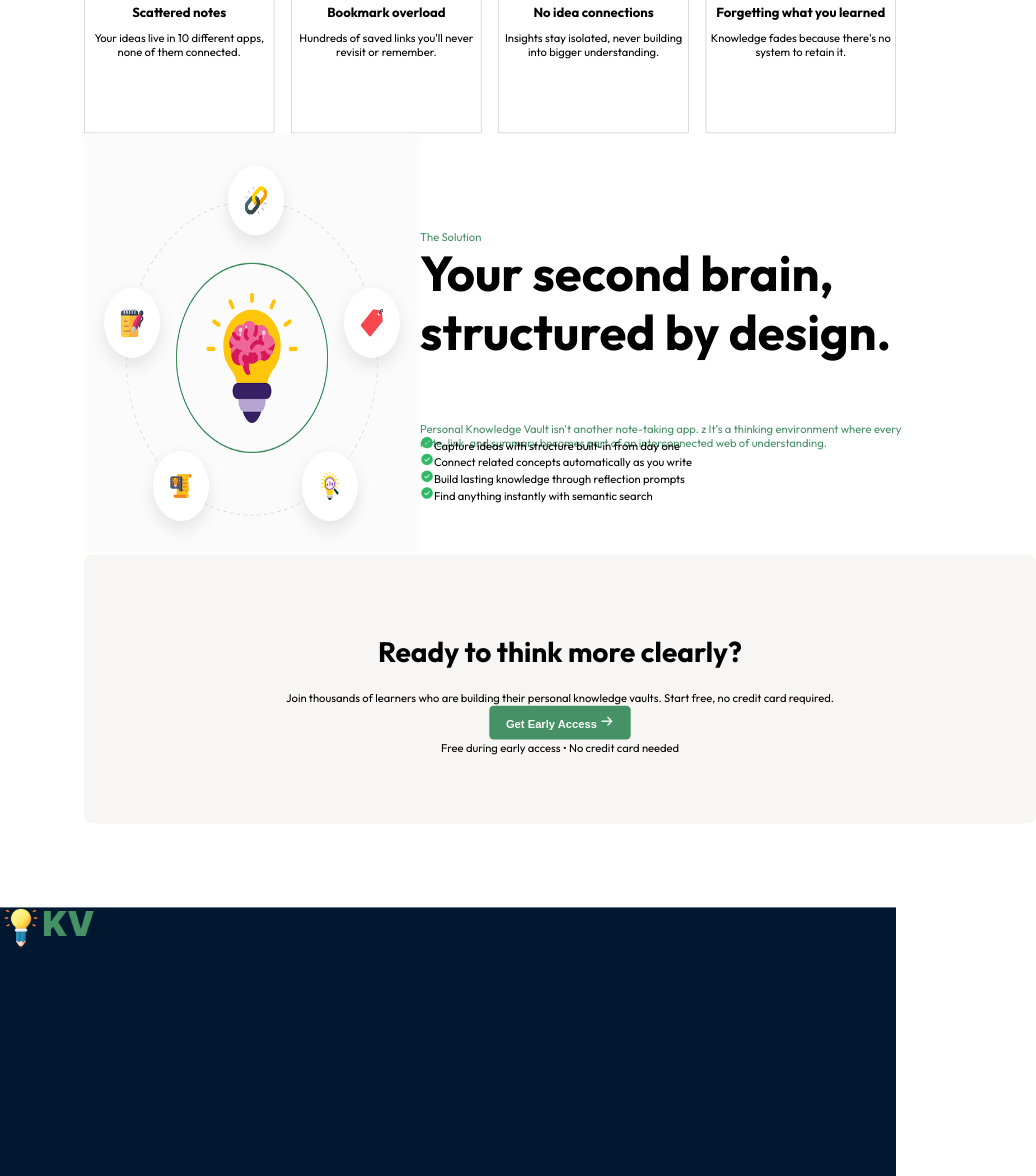
Repository: tanimtanzilislam/Assignment1-PH
Page: index.html
These files come from the project's save history. The page is drawn as it stood at one moment and after the next save; the edit follows.
The browser window is 1280 px wide. The page is 1480 px wide, so the pictures cover 1480 px, including what lies to the right of the window. The pictures show the part of the page from y = 926 to 2606 px (the page is 2606 px tall before and 2286 px after), at 70% of full size.

Above is the page before, as saved 2026-01-20 02:22:02.

### index.html
<!DOCTYPE html>
<html lang="en">
<head>
    <meta charset="UTF-8">
    <meta name="viewport" content="width=device-width, initial-scale=1.0">
    <title>Assignment 1</title>

    <link rel="stylesheet" href="./style.css">


    <link rel="preconnect" href="https://fonts.googleapis.com">
    <link rel="preconnect" href="https://fonts.gstatic.com" crossorigin>
    <link href="https://fonts.googleapis.com/css2?family=Outfit:wght@100..900&display=swap" rel="stylesheet">
    <link rel="stylesheet" href="https://cdnjs.cloudflare.com/ajax/libs/font-awesome/6.5.1/css/all.min.css">


</head>

<body class="font-inter">

<header>

    <nav class="navbar">
        <div class="logo-navbar">
            <img src="./assets/logo-navbar.png" alt="Logo">
        </div>

        <ul class="nav-list">
            <li><a href="#">Features</a></li>
            <li><a href="#">How It Works</a></li>
            <li><a href="#">Why It's Different</a></li>
            <li><button class="nav-button">Get Early Access</button></li>
        </ul>
    </nav>


    <section id="banner">
        <img src="./assets/hero-bg.png" alt="Background" class="bg-img">

        <div class="banner-content">
            <h1>Structured thinking,</h1>
            <h1 class="banner-content-col">not just note-taking</h1>
            <p>A private space to store notes, links, and learning summaries — designed to
help you think clearly, connect ideas, and turn learning into long-term knowledge.</p>

<div class="button-group">
<button class="banner-btn">
    <span class="txtbtn">Start your building Vault</span>
    <img src="./assets/ArrowRight.png" alt="" class="arrow">
</button>


<button class="transparent-button">See How It Work</button>

</div>

</div>
    </section>
</header>


<div class="poster">
    <h1>Notes don't fail, Structure does.</h1>
  <div><p>You're not bad at learning. Your tools just weren't built for how knowledge actually works.</p></div>
</div>







<div class="card-container">
    <div class="card">
        <div class="ellipse-shape">
            <img src="./assets/Vector.png" alt="" class="icon-img">
        </div>
        <h3>Scattered notes</h3>
        <p>Your ideas live in 10 different apps, none of them connected.</p>
    </div>

    <div class="card">
        <div class="ellipse-shape">
             <img src="./assets/Bookmarks.png" alt="" class="icon-img">
        </div>
        <h3>Bookmark overload</h3>
        <p>Hundreds of saved links you'll never revisit or remember.</p>
    </div>

    <div class="card">
        <div class="ellipse-shape">
           <img src="./assets/Brain.png" alt="" class="icon-img">
        </div>
        <h3>No idea connections</h3>
        <p>Insights stay isolated, never building into bigger understanding.</p>
    </div>

     <div class="card">
        <div class="ellipse-shape">
             <img src="./assets/Info.png" alt="" class="icon-img">
        </div>
        <h3>Forgetting what
you learned</h3>
        <p>Knowledge fades because there's no system to retain it.</p>
    </div>
</div>


<div class="App">

<img src="./assets/knowledge.png" alt="" class="App-img">
<div class="content">
<div class="soln">
    <p >The Solution</p>
    <h1>Your second brain,
structured by design.</h1>
<p class="para">Personal Knowledge Vault isn't another note-taking app. z It's a thinking environment where every note, link, and summary becomes part of an interconnected web of understanding.</p>
</div>
<div class="list">


        <p> <img src="./assets/CheckCircle.png" alt="">Capture ideas with structure built-in from day one </p>
        <p ><img src="./assets/CheckCircle.png" alt="">Connect related concepts automatically as you write</p>
        <p><img src="./assets/CheckCircle.png" alt="">Build lasting knowledge through reflection prompts</p>
        <p><img src="./assets/CheckCircle.png" alt="">Find anything instantly with semantic search</p>

</div>

</div>


</div>


<div  class="ready">
    <h1> Ready to think more clearly?</h1>
    <p>Join thousands of learners who are building their personal knowledge vaults. Start free, no credit card required.</p>
    <button class="ready-btn">Get Early Access <img src="./assets/ArrowRight.png" alt=""></button>
    <p>Free during early access • No credit card needed </p>

</div>

<div class="footer">
    <img src="./assets/logo-navbar.png" alt="">
</div>



</body>
</html>

### style.css
*{
    margin: 0;
    padding: 0;
    box-sizing: border-box;
}

.font-inter{
    font-family: "Outfit", sans-serif;
}

/* NAVBAR */
.navbar{
    max-width: 1200px;
    height: 64px;
    margin: 0 auto;
    display: flex;
    justify-content: space-between;
    align-items: center;
}

.logo-navbar img{
    width: 139px;
    height: auto;
}

.nav-list{
    display: flex;
    list-style: none;
    gap: 20px;
    align-items: center;
}

.nav-list a{
    text-decoration: none;
    color: #222;
    font-size: 16px;
}

.nav-button{
    width: 164px;
    height: 44px;
    color: white;
    background-color: #30B868;
    border-radius: 4px;
    border: none;
    font-size: 16px;
    cursor: pointer;
}

/* BANNER */
#banner{
    position: relative;
    height: 90vh;
    overflow: hidden;
}

.bg-img{
    width: 100%;
    height: 100%;
    object-fit: cover;
}

/* overlay */
#banner::before{
    content: "";
    position: absolute;
    inset: 0;
    background: rgba(0,0,0,0.5);
}

/* TEXT ON IMAGE */
.banner-content{
    position: absolute;
    top: 50%;
    left: 50%;
    transform: translate(-50%, -50%);
    color: white;
    text-align: center;
    max-width: 770px;
}

.banner-content h1{
    font-size: 72px;
    font-weight: 700;
    line-height: 84px;
}

.banner-content p{
    font-size: 20px;
    margin-top: 15px;
    opacity: 0.9;
}


.banner-content-col{
    color:#30B868
}
.banner-btn{
    width: 251px;
    height: 52px;
    border-radius: 4px;         /* correct */
    padding: 4px 16px 12px 16px;
    margin-top: 32px;
    gap: 10px;
    background-color: #30B868;
    display: flex;
    align-items: center;        /* vertically center */
    justify-content: center;
    cursor: pointer;
    border: none;
}

.txtbtn{
    color: white;
    font-family: "Outfit", sans-serif; /* or inter */
    font-weight: 600;
    font-size: 16px;
}

.arrow{
    width: 18px;
    height: 18px;
}

.transparent-button{
    background: transparent;
    border: 2px solid white;     /* button visible রাখতে */
    color: white;
    width: 198px;
    height: 52px;
    border-radius: 4px;          /* correct */
    font-size: 16px;
    cursor: pointer;

    display: flex;
    align-items: center;
    justify-content: center;
}


.arrow{
    width:20px;
    height:20px;
}

.poster h1{
    position: relative;


    color:black;
    text-align: center;
    max-width: 770px;
    font-size: 48px;
    font-weight: 700;
    line-height: 84px;
}


.button-group{
    display: flex;
    gap: 16px;
    align-items: center;
}

.poster{
    max-width: 1200px;
    margin: 0 auto;
    padding:0 120px;
    align-items:center;
}

.card-container{

    display:flex;
    justify-content: center;
    gap:24px;
    border-color:8px;
    padding-left: 120px;
}
.card{
    display: flex;
     width: 322px;
    height: 300px;
     align-items: center;      /* horizontally center */
    border: 1px solid #ccc; /* border */
    box-sizing: border-box;
     /* Add this */
    display: flex;
    flex-direction: column;
    align-items: center;      /* horizontally center */
    text-align: center;       /* text center */
    padding-top: 20px;
    gap: 14px;

}
.card h3{

    font:inter;
    weight: 600px;
    style:semibold;
    align-items: center;
}
.ellipse-shape {
    width: 60px;
    height: 60px; /* Or equal for circle */
    background-color: #F95555;
    border-radius: 50%; /* Makes it elliptical/circular */
    margin: 10px auto; /* Center it */
      display: flex;
    justify-content: center;      /* horizontal center */
    align-items: center;
}
.icon-img{
    width:27.01px;
    height: 29px;
    Top:1.5px;
    Left:2.49px;
    align-items:center;
}
.App{
    display: flex;

}
.App-img{
    width:600px;
    height: 600px;
    radius:12px;
    padding-left:120px;
}
.soln p{
   color:#469165;
   width: 700px;
   height:20px;
   margin-top:138px;
   margin-right:60px;
}
.soln h1{
    width:700px;
    height:116px;
    font:inter;
    weight:700;
    style:bold;
    size:48px;
    line-height: 100%;

    font-size: 70px;
    font-weight: 700;
    line-height: 84px;
    margin-bottom: 0px;
}
.para{
    margin-top:16px;
}
.content{
    display: flex;
    flex-direction: column;
}

.ready{
    width: 1360px;
    height: 384px;
    border-radius: 12px;     /* radius → border-radius */

    padding: 80px 40px;     /* short & correct */

    margin: 2px 120px 120px 120px;

    background-color: #f7f6f4;

    display: flex;
    flex-direction: column; /* h1 + p উপর-নিচে */
    justify-content: center;
    align-items: center;
    text-align: center;
}

.ready h1{
    color: black;
    font-size: 40px;
    font-weight: 700;
    line-height: 84px;
    margin-bottom: 12px;
}

.ready p{
    color: black;
    font-size: 16px;        /* size → font-size */
    line-height: 24px;
}
.ready-btn{
    background-color: #469165;
    color: white;

    padding: 12px 24px;
    border: none;
    border-radius: 6px;

    font-size: 16px;
    font-weight: 600;
    cursor: pointer;
}
.footer{
    width: 100%;
    max-width: 1600px;
    height: 384px;

    margin: 0 auto;              /* center */


    background-color: #001931;   /* footer background */
    color: white;                /* text color */

    display: flex;

    align-items: flex-start;
}



@media (max-width: 768px){
    .banner-content h1{
        font-size: 42px;
        line-height: 52px;
    }
}

After the next save:
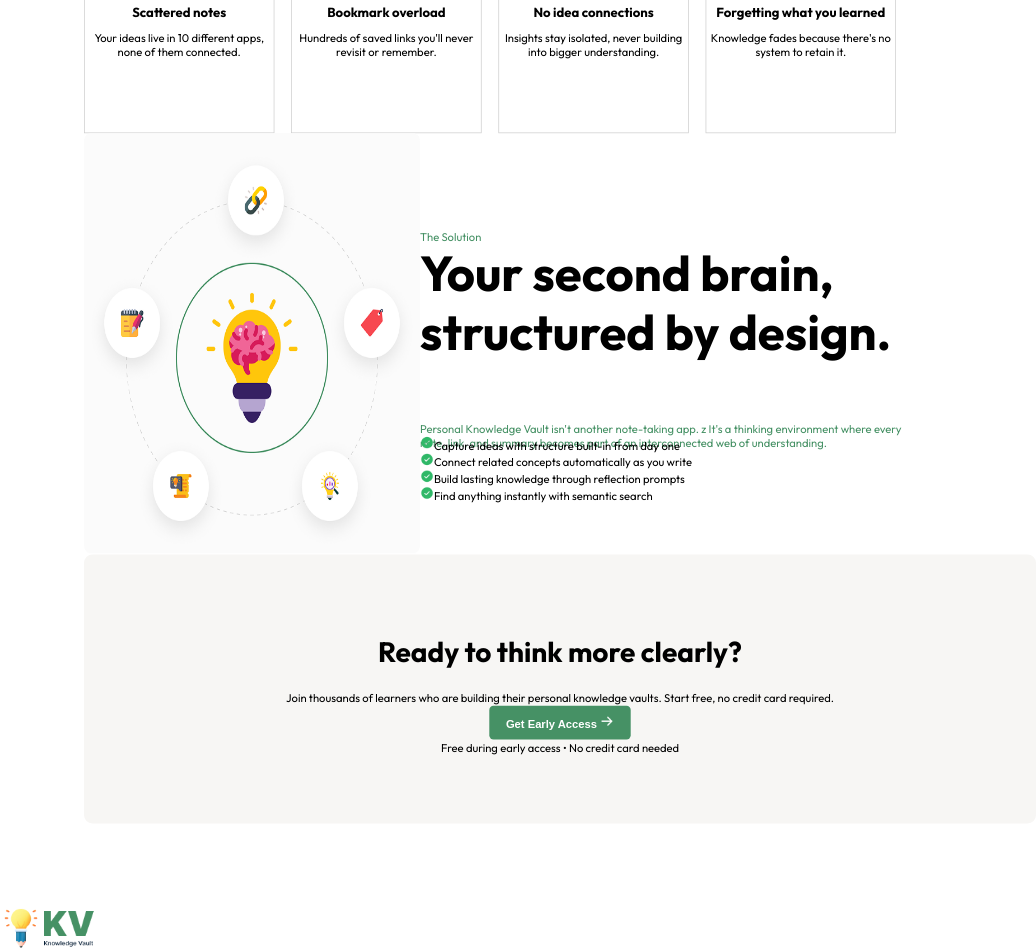
Saved 12 s later.
--- a/style.css
+++ b/style.css
@@ -299,21 +299,6 @@
     font-weight: 600;
     cursor: pointer;
 }
-.footer{
-    width: 100%;
-    max-width: 1600px;
-    height: 384px;
-
-    margin: 0 auto;              /* center */
-
-
-    background-color: #001931;   /* footer background */
-    color: white;                /* text color */
-
-    display: flex;
-
-    align-items: flex-start;
-}
 
 
 

After the save that followed:
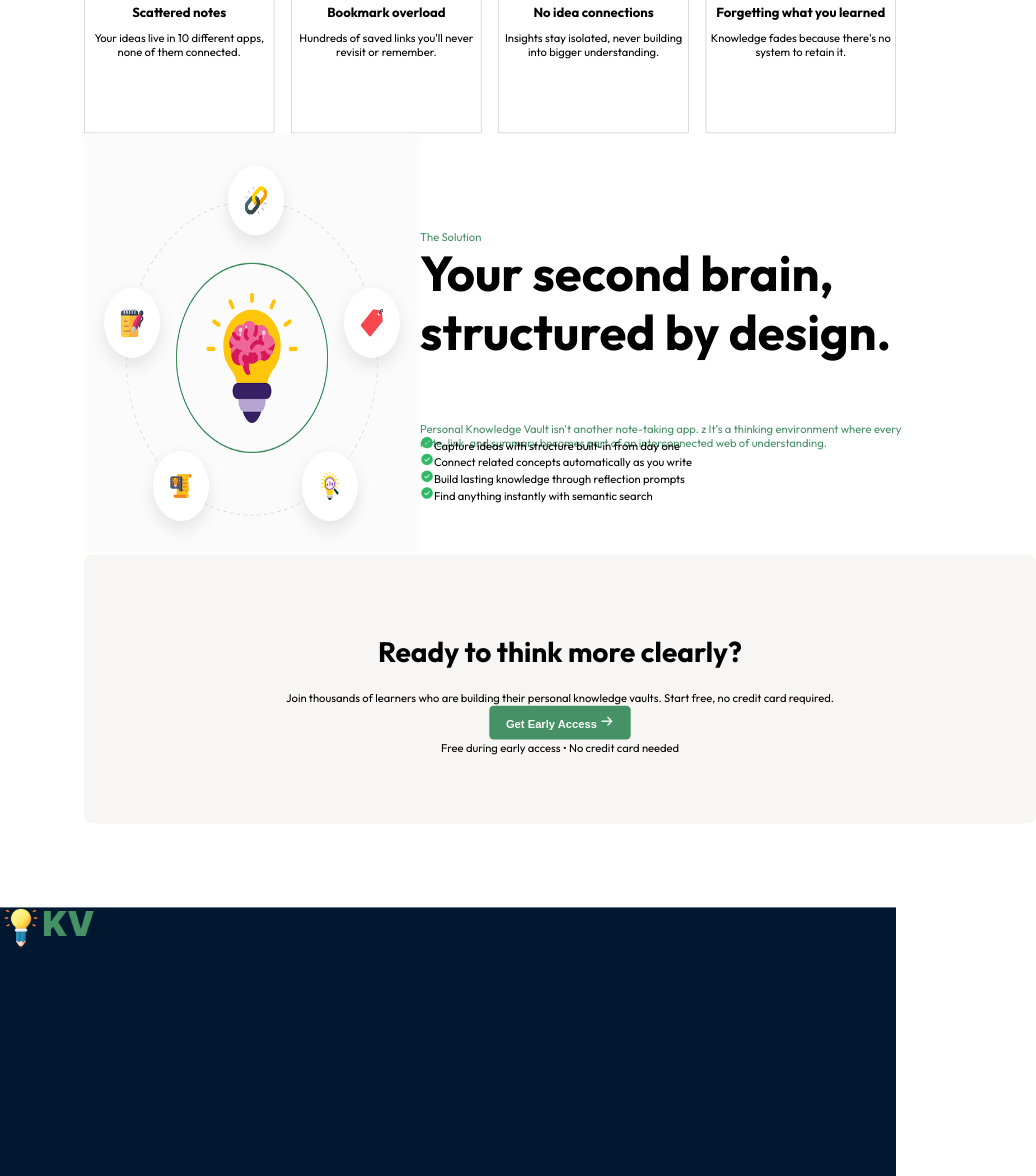
Saved 51 s later.
--- a/style.css
+++ b/style.css
@@ -299,6 +299,21 @@
     font-weight: 600;
     cursor: pointer;
 }
+.footer{
+    width: 100%;
+    max-width: 1600px;
+    height: 384px;
+
+    margin: 0 auto;
+
+    background-color: #001931;
+    color: white;
+
+    display: flex;
+    align-items: flex-start;
+
+    padding: 0;   /* 🔥 no padding left & right */
+}
 
 
 
